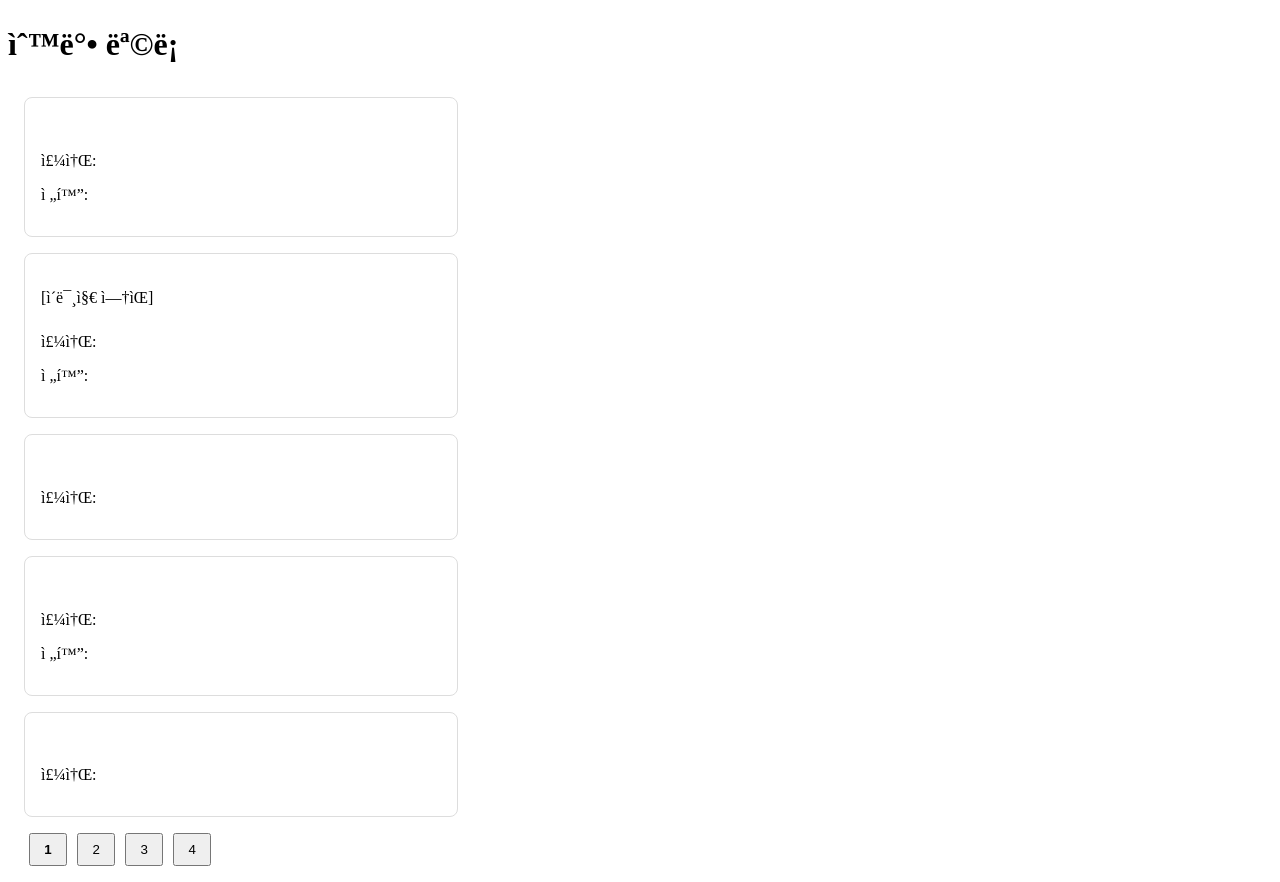
Repository: hahw0627/JSP
Page: http://localhost/HotelProject/lodgment.jsp
The author's editor kept a copy of each file at every save. The page is drawn from the files as they stood at one save, then again after the next save.
The browser window is 1280 px wide. The pictures show the whole page.
The page is served by Tomcat 9. Other server files are loaded and not shown.

Above is the page before, as saved 2025-05-31 04:15:23.

### HotelProject/src/main/webapp/lodgment.jsp
<!DOCTYPE html>
<html lang="ko">
<head>
  <meta charset="UTF-8">
  <title>숙박 목록</title>
  <style>
    .card {
      border: 1px solid #ddd;
      padding: 1em;
      margin: 1em;
      border-radius: 8px;
      max-width: 400px;
    }
    .card img {
      max-width: 100%;
      height: auto;
    }
    .pagination {
      margin: 1em;
    }
    .pagination button {
      margin: 0 5px;
      padding: 0.5em 1em;
    }
  </style>
</head>
<body>
  <h1>숙박 목록</h1>
  <div id="accommodation-list"></div>
  <div class="pagination" id="pagination"></div>

  <script>
    const itemsPerPage = 5;
    let currentPage = 1;
    let dataItems = [];

    function renderPage(page) {
      const list = document.getElementById('accommodation-list');
      list.innerHTML = ''; // 기존 내용 지우기

      const startIndex = (page - 1) * itemsPerPage;
      const endIndex = startIndex + itemsPerPage;
      const pageItems = dataItems.slice(startIndex, endIndex);

      pageItems.forEach(item => {
        const card = document.createElement('div');
        card.className = 'card';

        const title = `<h2>${item.title}</h2>`;
        const address = `<p>주소: ${item.addr1}</p>`;
        const phone = item.tel ? `<p>전화: ${item.tel}</p>` : '';
        const image = item.firstimage ? `<img src="${item.firstimage}" alt="${item.title}">` : '<p>[이미지 없음]</p>';

        card.innerHTML = image + title + address + phone;
        list.appendChild(card);
      });
    }

    function setupPagination(totalItems) {
      const pagination = document.getElementById('pagination');
      pagination.innerHTML = '';

      const pageCount = Math.ceil(totalItems / itemsPerPage);
      for (let i = 1; i <= pageCount; i++) {
        const btn = document.createElement('button');
        btn.textContent = i;
        btn.onclick = () => {
          currentPage = i;
          renderPage(currentPage);
        };
        if (i === currentPage) {
          btn.style.fontWeight = 'bold';
        }
        pagination.appendChild(btn);
      }
    }

    fetch('lodgment.json')
      .then(response => response.json())
      .then(data => {
        dataItems = data.items; // 전역 배열에 저장
        setupPagination(dataItems.length);
        renderPage(currentPage);
      });
  </script>
</body>
</html>

### HotelProject/src/main/webapp/lodgment.json
{
  "items": [
    {
      "title": "모텔라마다",
      "addr1": "충청남도 천안시 동남구 목천읍 동평3길 71",
      "firstimage": "http://tong.visitkorea.or.kr/cms/resource/32/1964232_image2_1.jpg",
      "tel": "041-557-5511"
    },
    {
      "title": "베니키아 천안호텔",
      "addr1": "충청남도 천안시 서북구 양지21길 42",
      "firstimage": "",
      "tel": "041-592-0000"
    },
    {
        "title": "브라운도트 천안성정점",
      "addr1": "충청남도 천안시 서북구 성정공원4길 28 (성정동)",
      "firstimage": "http://tong.visitkorea.or.kr/cms/resource/18/3046218_image2_1.jpg",
      "tel": ""
    },
    {
      "title": "산울림펜션",
      "addr1": "충청남도 천안시 동남구 목천읍 덕전1길 171",
      "firstimage": "http://tong.visitkorea.or.kr/cms/resource/69/1871469_image2_1.jpg",
      "tel": "041-556-5565"
    },
    {
      "title": "소노벨 천안",
      "addr1": "충청남도 천안시 동남구 성남면 종합휴양지로 200",
      "firstimage": "http://tong.visitkorea.or.kr/cms/resource/54/2775654_image2_1.jpg",
      "tel": ""
    },
    {
      "title": "슈바이처도르프호텔",
      "addr1": "충청남도 천안시 서북구 성정공원5로 42 (성정동)",
      "firstimage": "http://tong.visitkorea.or.kr/cms/resource/44/3090644_image2_1.JPG",
      "tel": ""
    },
    {
      "title": "신라스테이 천안",
      "addr1": "충청남도 천안시 서북구 동서대로 177",
      "firstimage": "http://tong.visitkorea.or.kr/cms/resource/57/2717357_image2_1.jpg",
      "tel": ""
    },
    {
      "title": "어반스테이플러스",
      "addr1": "충청남도 천안시 서북구 성정공원4길 31",
      "firstimage": "http://tong.visitkorea.or.kr/cms/resource/49/3342549_image2_1.JPG",
      "tel": "070-5158-5924"
    },
    {
      "title": "에벤에셀 펜션",
      "addr1": "충청남도 천안시 동남구 북면 위례성로 1434-24",
      "firstimage": "",
      "tel": ""
    },
    {
      "title": "영모텔",
      "addr1": "충청남도 천안시 동남구 신부2길 30",
      "firstimage": "http://tong.visitkorea.or.kr/cms/resource/71/710971_image2_1.jpg",
      "tel": "041-552-1515"
    },
    {
      "title": "오엔시티호텔",
      "addr1": "충청남도 천안시 서북구 불당4로 105",
      "firstimage": "http://tong.visitkorea.or.kr/cms/resource/30/2595030_image2_1.jpg",
      "tel": "041-553-8080"
    },
    {
      "title": "자자호텔",
      "addr1": "충청남도 천안시 서북구 성정동",
      "firstimage": "http://tong.visitkorea.or.kr/cms/resource/20/3036820_image2_1.jpg",
      "tel": ""
    },
    {
      "title": "제우스모텔",
      "addr1": "충청남도 천안시 서북구 성정공원3길 21 제우스",
      "firstimage": "",
      "tel": "041-556-3662"
    },
    {
      "title": "천안메트로관광호텔",
      "addr1": "충청남도 천안시 동남구 대흥로 241-11",
      "firstimage": "http://tong.visitkorea.or.kr/cms/resource/41/1338241_image2_1.jpg",
      "tel": "041-622-8211~2"
    },
    {
      "title": "천안상록 유스호스텔",
      "addr1": "충청남도 천안시 동남구 수신면 수신로 576",
      "firstimage": "http://tong.visitkorea.or.kr/cms/resource/16/1964316_image2_1.jpg",
      "tel": "041-560-9114"
    },
    {
      "title": "탑클라우드 천안점",
      "addr1": "충청남도 천안시 동남구 서부역6길 3",
      "firstimage": "http://tong.visitkorea.or.kr/cms/resource/20/2775620_image2_1.jpg",
      "tel": ""
    }
  ]
}

After the next save:
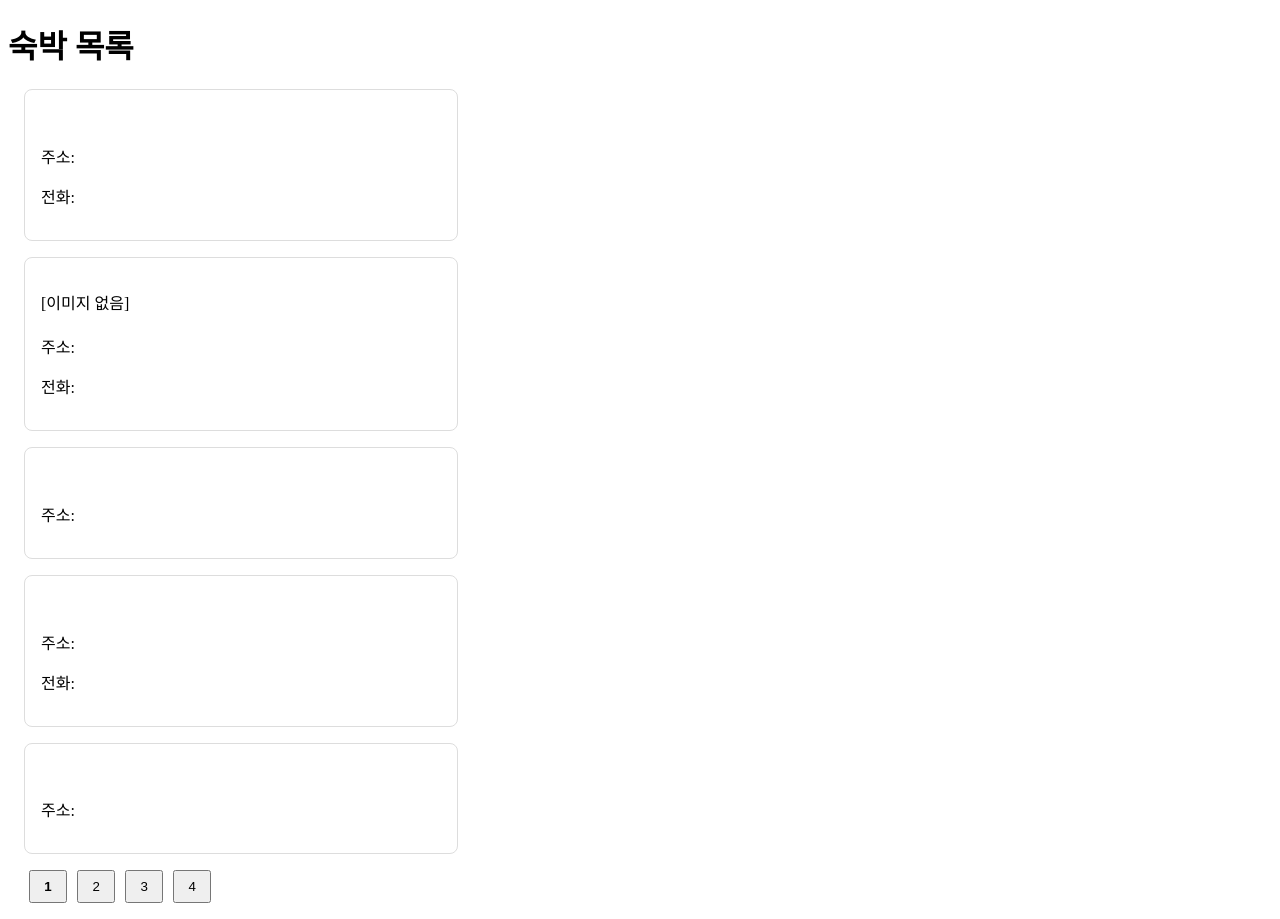
Saved 12 s later.
--- a/HotelProject/src/main/webapp/lodgment.jsp
+++ b/HotelProject/src/main/webapp/lodgment.jsp
@@ -1,3 +1,4 @@
+<%@ page language="java" contentType="text/html; charset=UTF-8" pageEncoding="UTF-8"%>
 <!DOCTYPE html>
 <html lang="ko">
 <head>
@@ -67,6 +68,9 @@
         btn.onclick = () => {
           currentPage = i;
           renderPage(currentPage);
+          // 현재 페이지 버튼 강조를 위해 모든 버튼 스타일 초기화 후 다시 설정
+          Array.from(pagination.children).forEach(child => child.style.fontWeight = 'normal');
+          btn.style.fontWeight = 'bold';
         };
         if (i === currentPage) {
           btn.style.fontWeight = 'bold';
@@ -75,12 +79,30 @@
       }
     }
 
+    // lodgment.json 파일은 이 JSP 파일이 서비스되는 경로 기준으로 접근 가능해야 합니다.
+    // 예를 들어, JSP가 /webapp/accommodation_list.jsp 라면,
+    // lodgment.json도 /webapp/lodgment.json 에 위치하거나,
+    // fetch 경로를 알맞게 수정해야 합니다. (예: fetch('data/lodgment.json') 또는 fetch('/myapp/data/lodgment.json'))
     fetch('lodgment.json')
-      .then(response => response.json())
+      .then(response => {
+        if (!response.ok) {
+          throw new Error('Network response was not ok ' + response.statusText);
+        }
+        return response.json();
+      })
       .then(data => {
-        dataItems = data.items; // 전역 배열에 저장
-        setupPagination(dataItems.length);
-        renderPage(currentPage);
+        if (data && data.items) { // 데이터 구조 확인
+            dataItems = data.items; // 전역 배열에 저장
+            setupPagination(dataItems.length);
+            renderPage(currentPage);
+        } else {
+            console.error('lodgment.json 데이터 형식이 올바르지 않습니다. "items" 배열이 필요합니다.');
+            document.getElementById('accommodation-list').innerHTML = '<p>숙박 정보를 불러오는 데 실패했습니다. 데이터 형식을 확인해주세요.</p>';
+        }
+      })
+      .catch(error => {
+        console.error('숙박 정보를 불러오는 중 오류 발생:', error);
+        document.getElementById('accommodation-list').innerHTML = '<p>숙박 정보를 불러오는 데 실패했습니다. 잠시 후 다시 시도해주세요.</p>';
       });
   </script>
 </body>
